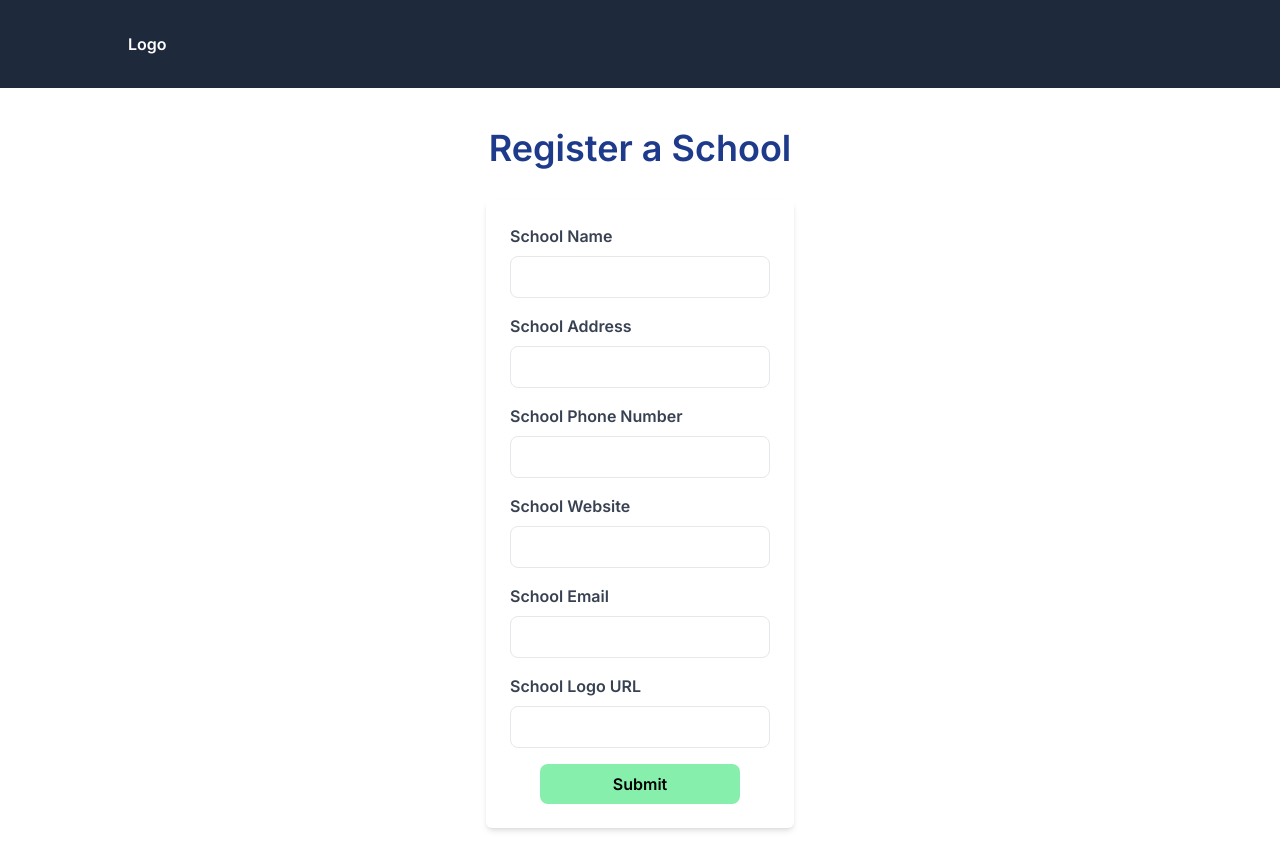
Repository: marcusdashe/fullstack-ts
Page: /school
The author's editor kept a copy of each file at every save. The page is drawn from the files as they stood at one save, then again after the next save.
The browser window is 1280 px wide. The pictures show the whole page.
The page's requests for data from a server got no answer. The project was rebuilt for these pictures with package versions that can differ from the ones it lists, and the page was loaded fresh each time. The framework's server and built-in components were replaced by stand-ins that run in the browser. No one was signed in, and anything a server would have sent is missing. Also part of the build but not shown: next.config.js.

Above is the page before, as saved 2023-07-28 13:24:21.

After the next save:
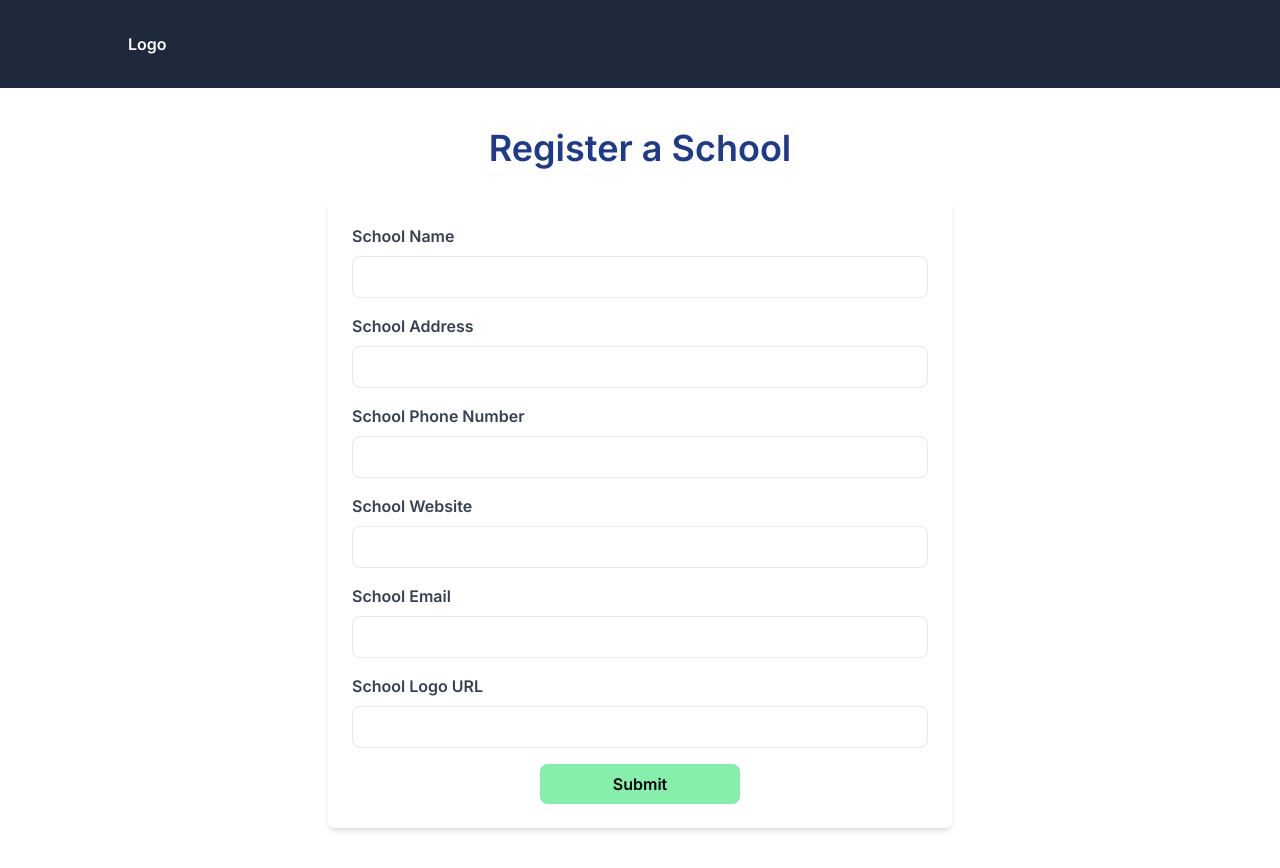
Saved 12 s later.
--- a/app/school/page.tsx
+++ b/app/school/page.tsx
@@ -60,7 +60,7 @@ const RegisterSchoolPage: React.FC = () => {
       </form> */}
 
       <form
-        className="max-1/2 mx-auto p-6 shadow-md rounded-md"
+        className="w-1/2 mx-auto p-6 shadow-md rounded-md"
         onSubmit={handleSubmit}
       >
         <div className="mb-4">
